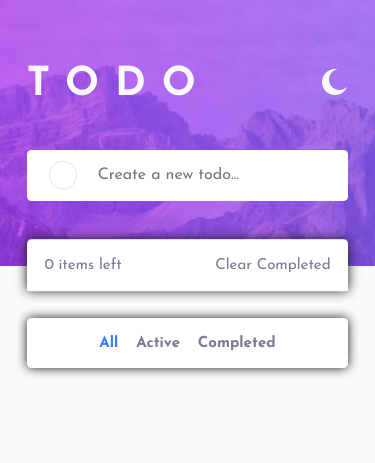
Repository: tomas938/todo-app
Page: /
The author's editor kept a copy of each file at every save. The page is drawn from the files as they stood at one save, then again after the next save.
The browser window is 375 px wide. The pictures show the whole page.
The project was rebuilt for these pictures with package versions that can differ from the ones it lists, and the page was loaded fresh each time.

Above is the page before, as saved 2021-08-20 14:28:15.

After the next save:
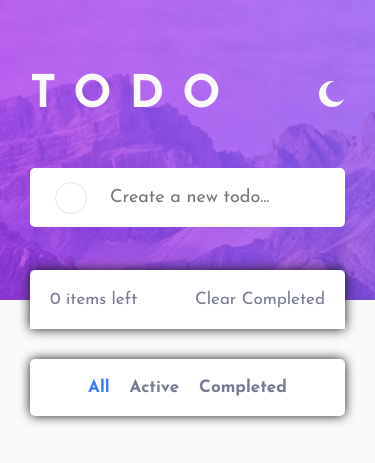
Saved 20 s later.
--- a/src/App.vue
+++ b/src/App.vue
@@ -28,9 +28,6 @@
 }
 html {
 	font-size: 62.5%;
-	@media only screen and (max-width: 450px) {
-		font-size: 55.5%;
-	}
 }
 body {
 	font-size: 1.8rem;
